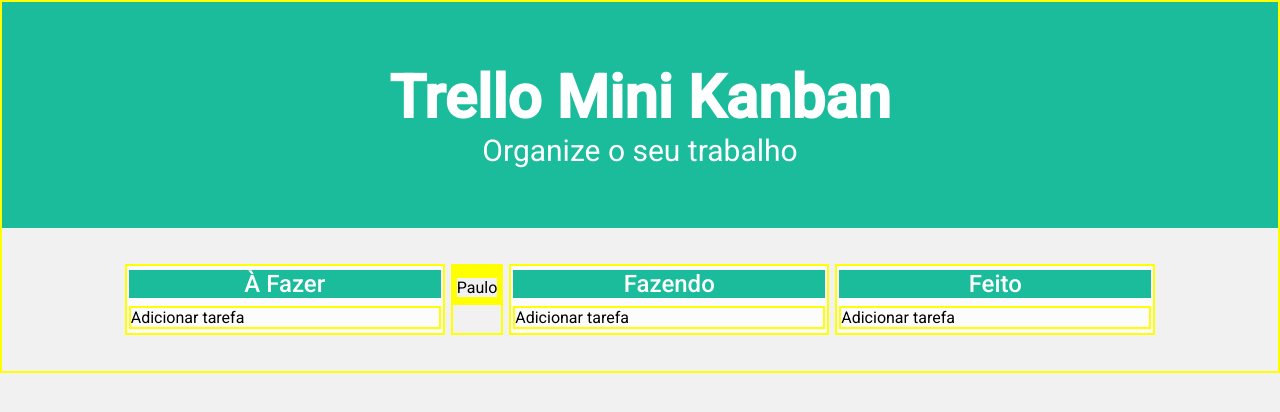
Repository: douglasabnovato/byteclass
Page: trello-mini-kanban/index.html
An editor plug-in stored every save of this project. The page is shown before and after the next save, followed by the edit.
The browser window is 1280 px wide. The pictures show the whole page.

Above is the page before, as saved 2025-07-31 21:14:31.

After the next save:
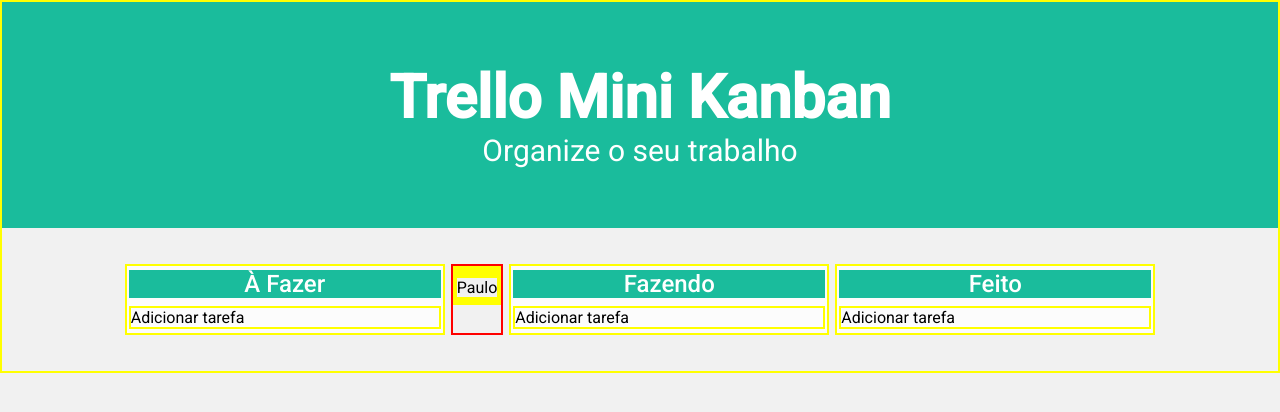
Saved 26 s later.
--- a/trello-mini-kanban/style.css
+++ b/trello-mini-kanban/style.css
@@ -46,6 +46,10 @@
 
 div {
     border: 2px solid yellow;
+}
+
+.a {
+    border: 2px solid red;
 }
 
 /*
